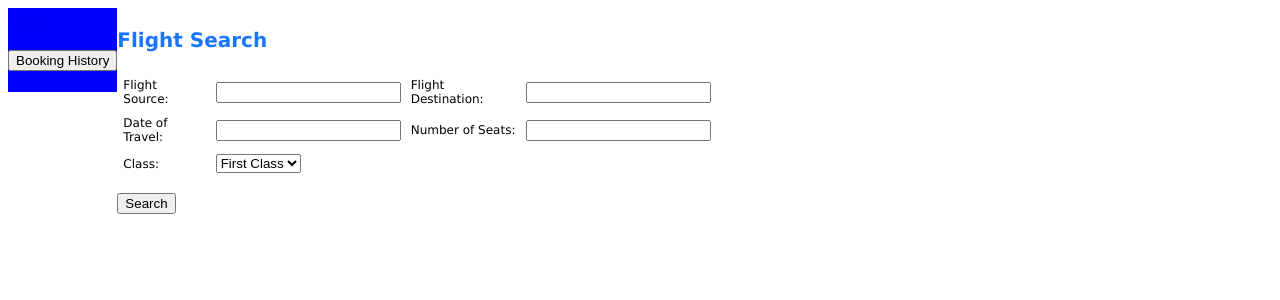
Repository: jliu9000/CSE-464---Flight-Pages
Page: http://localhost/HW1/FlightSearch.jsp
These files come from the project's save history. The page is drawn as it stood at one moment and after the next save; the edit follows.
The browser window is 1280 px wide. The pictures show the whole page.
Some web libraries are served in a nearby version. The page is served by Tomcat 9.

Above is the page before, as saved 2014-09-25 01:35:50.

After the next save:
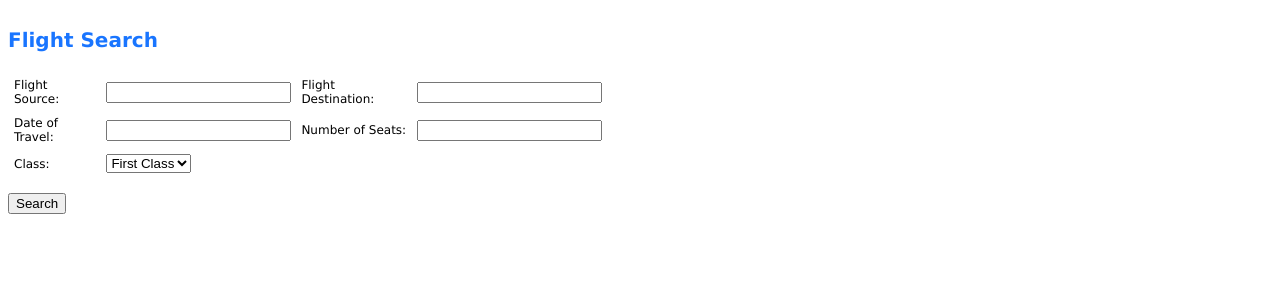
Console error: ReferenceError: $ is not defined
Saved 39 s later.
--- a/HW1/WebContent/FlightSearch.jsp
+++ b/HW1/WebContent/FlightSearch.jsp
@@ -11,12 +11,9 @@
 
 <body>
 	<div class='sidebar'>
-		<a id="Login" href="<%=session.getAttribute("nUserID") != null ? "./Login" : "Logout"%>">
-		<%=session.getAttribute("nUserID") != null ? "Logout" : "Login"%>
-		</a>
-		<br><br>
-		<a href="BookingHistory.jsp"><button>Booking History</button></a>
-		<br><br>
+        <script>
+            $("#new-header").load("sidebar.html");
+        </script>
 	</div>
 	<div class='main'>
 		<p class="PageTitle">Flight Search</p>

After the 4 saves that followed:
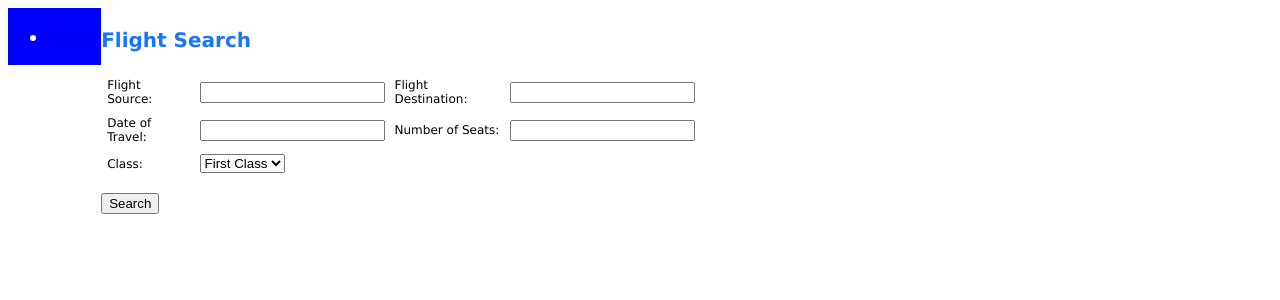
The error is gone.
The 4 saves are shown as one change because 3 left the picture as it was.
The last was saved 119 s later.
--- a/HW1/WebContent/FlightSearch.jsp
+++ b/HW1/WebContent/FlightSearch.jsp
@@ -3,6 +3,7 @@
 <!DOCTYPE html PUBLIC "-//W3C//DTD HTML 4.01 Transitional//EN" "http://www.w3.org/TR/html4/loose.dtd">
 <html>
 <head>
+<script src="http://ajax.googleapis.com/ajax/libs/jquery/1.11.1/jquery.min.js"></script>
 <meta http-equiv="Content-Type" content="text/html; charset=ISO-8859-1">
 <link rel="stylesheet" type="text/css" href="CSS/FlightStyles.css">
 <title>Flight Search</title>
@@ -10,9 +11,9 @@
 
 
 <body>
-	<div class='sidebar'>
+	<div id='sidebar' class='sidebar'>
         <script>
-            $("#new-header").load("sidebar.html");
+            $("#sidebar").load("sidebar.html");
         </script>
 	</div>
 	<div class='main'>
